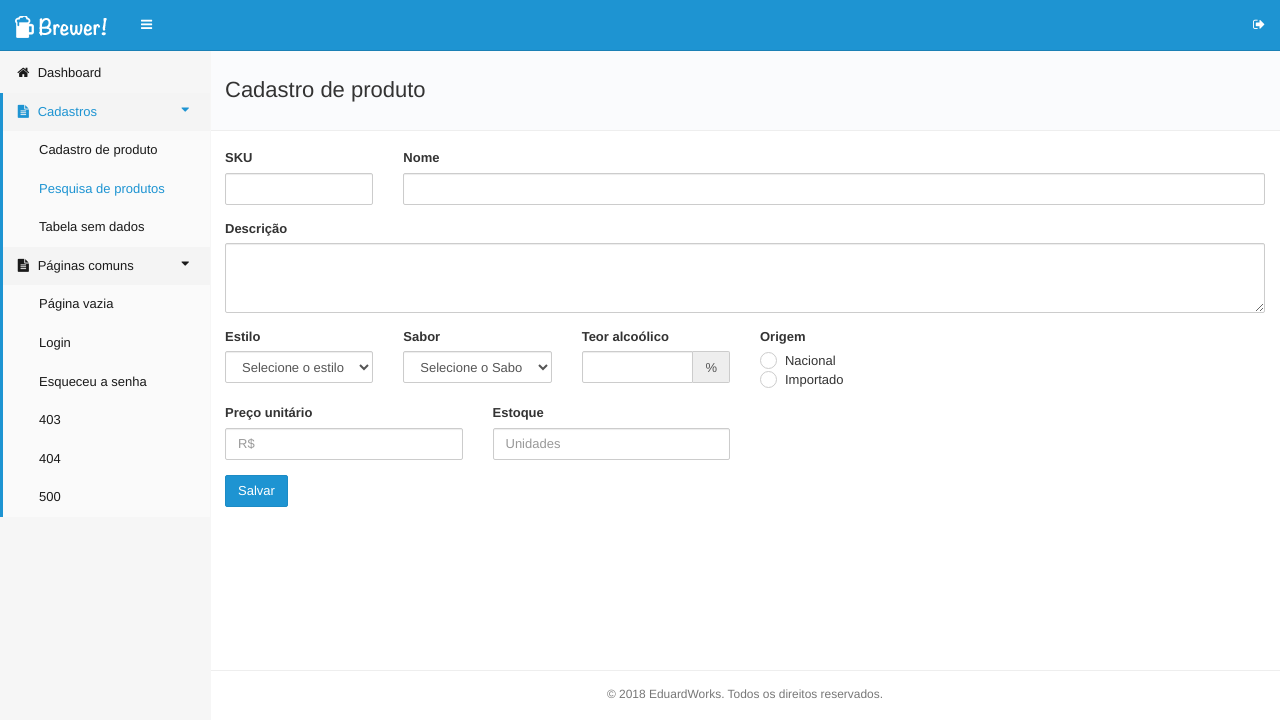
Repository: dumuller/spring-expert
Page: http://localhost/cerveja/CadastroCerveja
The author's editor kept a copy of each file at every save. The page is drawn from the files as they stood at one save, then again after the next save.
The browser window is 1280 px wide. The pictures show the whole page.
The page is this project's Thymeleaf template; nobody is signed in. The template is opened directly, without the code that normally fills it, so the values that code supplies are empty.

Above is the page before, as saved 2018-12-10 16:46:55.

### brewer/src/main/resources/templates/cerveja/CadastroCerveja.html
<!DOCTYPE html>
<html lang="pt"xmlns="http://www.w3.org/1999/xhtml "
	           xmlns:th="http://www.thymeleaf.org">
<head>
	<meta charset="UTF-8"/>
	<meta http-equiv="X-UA-Compatible" content="IE=edge"/>
	<meta name="viewport" content="width=device-width, initial-scale=1"/>

	<title>Brewer</title>

	<link rel="stylesheet" type="text/css" href="/brewer/layout/stylesheets/vendors.min.css"/>
	<link rel="stylesheet" type="text/css" href="/brewer/layout/stylesheets/algaworks.min.css"/>
	<link rel="stylesheet" type="text/css" href="/brewer/layout/stylesheets/application.css"/>

	<!-- HTML5 shim and Respond.js for IE8 support of HTML5 elements and media queries -->
	<!-- WARNING: Respond.js doesn't work if you view the page via file:// -->
	<!--[if lt IE 9]>
		<script src="https://oss.maxcdn.com/html5shiv/3.7.2/html5shiv.min.js"></script>
		<script src="https://oss.maxcdn.com/respond/1.4.2/respond.min.js"></script>
	<![endif]-->
</head>
<body>

	<div class="aw-layout-page">


	<nav class="navbar  navbar-fixed-top  navbar-default  js-sticky-reference" id="main-navbar">
	  <div class="container-fluid">

	    <div class="navbar-header">
	      <a class="navbar-brand  hidden-xs" href="#">
	        <img alt="AlgaWorks" src="/brewer/images/logo.png"/>
	      </a>

	      <ul class="nav  navbar-nav">
	        <li>
	          <a href="#" class="js-sidebar-toggle"><i class="fa  fa-bars"></i></a>
	        </li>
	      </ul>
	    </div>

	    <ul class="nav navbar-nav  navbar-right">

	      <li>
	        <a href="#"><em class="fa  fa-sign-out"></em></a>
	      </li>
	    </ul>

	  </div>
	</nav>

	<aside class="aw-layout-sidebar  js-sidebar">
		<div class="aw-layout-sidebar__content">

	    	<nav class="aw-menu  js-menu">
	      		<ul class="aw-menu__list">

	        	<li class="aw-menu__item">
	         	 	<a href="dashboard.html"><i class="fa  fa-fw  fa-home"></i><span>Dashboard</span></a>
	       		</li>

	        	<li class="aw-menu__item  is-active">
	          	<a href="#">
	            	<i class="fa  fa-fw  fa-file-text"></i><span>Cadastros</span>
	            	<i class="aw-menu__navigation-icon  fa"></i>
	          	</a>

	          	<ul class="aw-menu__list  aw-menu__list--sublist">
	            	<li class="aw-menu__item  aw-menu__item--link"><a href="cadastro-produto.html">Cadastro de produto</a></li>
	            	<li class="aw-menu__item  aw-menu__item--link  is-active"><a href="pesquisa-produtos.html">Pesquisa de produtos</a></li>
	            	<li class="aw-menu__item  aw-menu__item--link"><a href="tabela-sem-dados.html">Tabela sem dados</a></li>
	          	</ul>
	        	</li>

	        	<li class="aw-menu__item  is-expanded">
	          	<a href="#">
	            	<i class="fa  fa-fw  fa-file-text"></i><span>Páginas comuns</span>
	            	<i class="aw-menu__navigation-icon  fa"></i>
	          	</a>

	          	<ul class="aw-menu__list  aw-menu__list--sublist">
	            	<li class="aw-menu__item  aw-menu__item--link"><a href="pagina-vazia.html">Página vazia</a></li>
	            	<li class="aw-menu__item  aw-menu__item--link"><a href="login.html">Login</a></li>
	            	<li class="aw-menu__item  aw-menu__item--link"><a href="esqueceu-a-senha.html">Esqueceu a senha</a></li>
	            	<li class="aw-menu__item  aw-menu__item--link"><a href="403.html">403</a></li>
	            	<li class="aw-menu__item  aw-menu__item--link"><a href="404.html">404</a></li>
	            	<li class="aw-menu__item  aw-menu__item--link"><a href="500.html">500</a></li>
	          	</ul>
	        	</li>

	      		</ul>
	    	</nav>

		</div>
	</aside>

	<section class="aw-layout-content  js-content">


		<div class="page-header">
			<div class="container-fluid">
				<h1>
					Cadastro de produto
				</h1>
			</div>
		</div>

		<div class="container-fluid">

			<!-- <div class="alert  alert-danger  alert-dismissible" role="alert">
				<button type="button" class="close" data-dismiss="alert" aria-label="Close"><span aria-hidden="true">&times;</span></button>
				<i class="fa  fa-exclamation-circle"></i> Já existe um produto com o nome informado.
			</div> -->

			<form method="POST" th:object="${cerveja}" class="form-vertical  js-form-loading">
				<div class="row">
						<div class="col-sm-2 form-group">
							<label for="sku">SKU</label>
							<input id="sku" type="text" class="form-control"/>
						</div>

						<div class="col-sm-10 form-group">
							<label for="nome">Nome</label>
							<input id="nome" type="text" class="form-control"></input>
						</div>

				</div>

				<div class="form-group">
					<label for="descricao">Descrição</label>
					<textarea id="descricao" rows="3" class="form-control"></textarea>
				</div>

				<div class="row">
						<div class="col-sm-2 form-group">
							<label for="estilo">Estilo</label>
							<select id="estilo" class="form-control">
								<option value="">Selecione o estilo</option>
								<option value="1">Pale Ale</option>
								<option value="2">Pilsen</option>
								<option value="3">Weiss</option>
								<option value="4">IPA</option>
							</select>
						</div>

						<div class="col-sm-2 form-group">
							<label for="sabor">Sabor</label>
							<select id="sabor" class="form-control">
								<option value="">Selecione o Sabor</option>
								<option value="1">Trigo</option>
								<option value="2">Frutada</option>
								<option value="3">Puro Malte</option>
							</select>
						</div>

						<div class="col-sm-2 form-group">
							<label for="teorAlcoolico">Teor alcoólico</label>
							<div class="input-group">
								<input id="teorAlcoolico" type="text" class="form-control"/>
								<div class="input-group-addon">%</div>
							</div>

						</div>

						<div class="col-sm-2 form-group">
							<label for="origem">Origem</label>
								<div>
									<div class="radio radio-inline">
									<input type="radio" name="origem">
									<label>Nacional</label>
									</div>
								</div>

								<div>
									<div class="radio radio-inline">
									<input type="radio" name="origem">
									<label>Importado</label>
									</div>
								</div>
						</div>
				</div>

				<div class="row">
					<div class="col-sm-3">
						<div class="form-group">
							<label for="input-produto-preco">Preço unitário</label>
							<input id="input-produto-preco" type="text" class="form-control" placeholder="R$"/>
						</div>
					</div>

					<div class="col-sm-3">
						<div class="form-group">
							<label for="input-produto-estoque">Estoque</label>
							<input id="input-produto-estoque" type="text" class="form-control" placeholder="Unidades"/>
						</div>
					</div>
				</div>

				<div class="form-group">
					<button class="btn  btn-primary" type="submit">Salvar</button>
				</div>

			</form>
		</div>

	</section>

	<footer class="aw-layout-footer  js-content">
		<div class="container-fluid">
			<span class="aw-footer-disclaimer">&copy; 2018 EduardWorks. Todos os direitos reservados.</span>
		</div>
	</footer>

</div>

<script src="/brewer/layout/javascripts/vendors.min.js"></script>
<script src="/brewer/layout/javascripts/algaworks.min.js"></script>

</body>
</html>

### brewer/src/main/resources/static/layout/stylesheets/application.css
.table-pesq-produto-col-preco {
  min-width: 130px;
  text-align: center;
  display: none !important;
}
@media (min-width: 992px) {
  .table-pesq-produto-col-preco {
    display: block !important;
  }
  table.table-pesq-produto-col-preco {
    display: table !important;
  }
  tr.table-pesq-produto-col-preco {
    display: table-row !important;
  }
  th.table-pesq-produto-col-preco,
  td.table-pesq-produto-col-preco {
    display: table-cell !important;
  }
}
.table-pesq-produto-col-estoque {
  min-width: 100px;
  text-align: center;
  display: none !important;
}
@media (min-width: 992px) {
  .table-pesq-produto-col-estoque {
    display: block !important;
  }
  table.table-pesq-produto-col-estoque {
    display: table !important;
  }
  tr.table-pesq-produto-col-estoque {
    display: table-row !important;
  }
  th.table-pesq-produto-col-estoque,
  td.table-pesq-produto-col-estoque {
    display: table-cell !important;
  }
}
.table-pesq-produto-col-status {
  min-width: 100px;
  text-align: center;
}
.table-pesq-produto-col-acoes {
  min-width: 105px;
  text-align: center;
}

Loaded but not shown: brewer/src/main/resources/static/layout/stylesheets/vendors.min.css (library); brewer/src/main/resources/static/layout/stylesheets/algaworks.min.css (library); brewer/src/main/resources/static/layout/javascripts/vendors.min.js (library); brewer/src/main/resources/static/layout/javascripts/algaworks.min.js (common file)

After the next save:
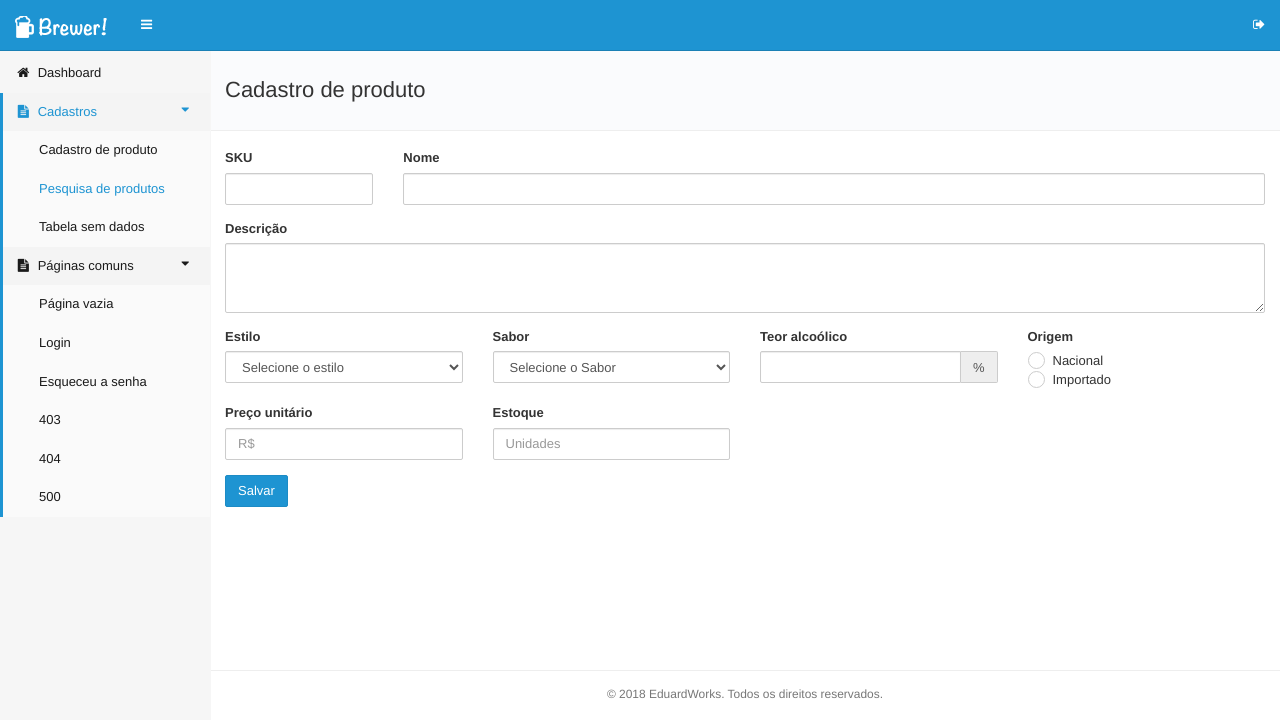
Saved 33 s later.
--- a/brewer/src/main/resources/templates/cerveja/CadastroCerveja.html
+++ b/brewer/src/main/resources/templates/cerveja/CadastroCerveja.html
@@ -132,7 +132,7 @@
 				</div>
 
 				<div class="row">
-						<div class="col-sm-2 form-group">
+						<div class="col-sm-3 form-group">
 							<label for="estilo">Estilo</label>
 							<select id="estilo" class="form-control">
 								<option value="">Selecione o estilo</option>
@@ -143,7 +143,7 @@
 							</select>
 						</div>
 
-						<div class="col-sm-2 form-group">
+						<div class="col-sm-3 form-group">
 							<label for="sabor">Sabor</label>
 							<select id="sabor" class="form-control">
 								<option value="">Selecione o Sabor</option>
@@ -153,7 +153,7 @@
 							</select>
 						</div>
 
-						<div class="col-sm-2 form-group">
+						<div class="col-sm-3 form-group">
 							<label for="teorAlcoolico">Teor alcoólico</label>
 							<div class="input-group">
 								<input id="teorAlcoolico" type="text" class="form-control"/>
@@ -162,7 +162,7 @@
 
 						</div>
 
-						<div class="col-sm-2 form-group">
+						<div class="col-sm-3 form-group">
 							<label for="origem">Origem</label>
 								<div>
 									<div class="radio radio-inline">
